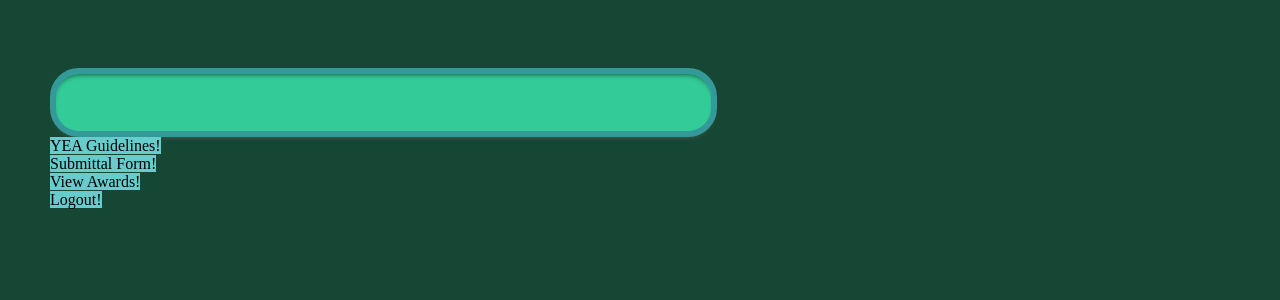
Repository: prajaktamore/Web-Based-Programming-3
Page: http://localhost/BinaryCalculator/entranceEmployee.jsp
These files come from the project's save history. The page is drawn as it stood at one moment and after the next save; the edit follows.
The browser window is 1280 px wide. The pictures show the whole page.
The page is served by Tomcat 9.

Above is the page before, as saved 2014-05-04 10:32:16.

After the next save:
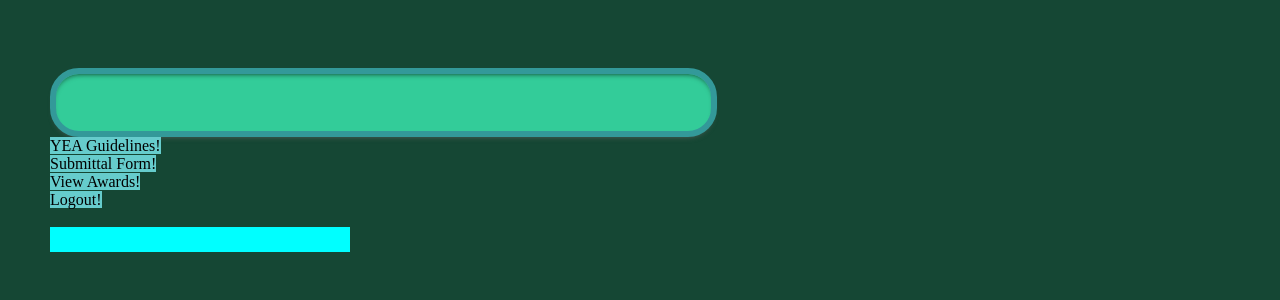
Saved 10 min 32 s later.
--- a/BinaryCalculator/WebContent/entranceEmployee.jsp
+++ b/BinaryCalculator/WebContent/entranceEmployee.jsp
@@ -17,10 +17,13 @@
 <br><a href="/BinaryCalculator/submittal.jsp">Submittal Form!</a>
 <br><a href="/BinaryCalculator/AwardwinnerLogin.jsp">View Awards!</a>
 <br><a href="/BinaryCalculator/Login.jsp">Logout!</a>
-
-<marquee  behavior="scroll" direction="up"><core:forEach items="${sessionScope.news}" var="dt" varStatus="status">
+<br>
+<br>
+<FONT SIZE="8" FACE="courier" COLOR=blue>
+<marquee behavior="alternate" direction="up" HEIGHT=25 WIDTH=300 BGColor=cyan ><core:forEach items="${sessionScope.news}" var="dt" varStatus="status">
 					            <option value="${dt}">${dt}</option>
 					        </core:forEach>
 					        </marquee>
+</FONT>
 </body>
 </html>
